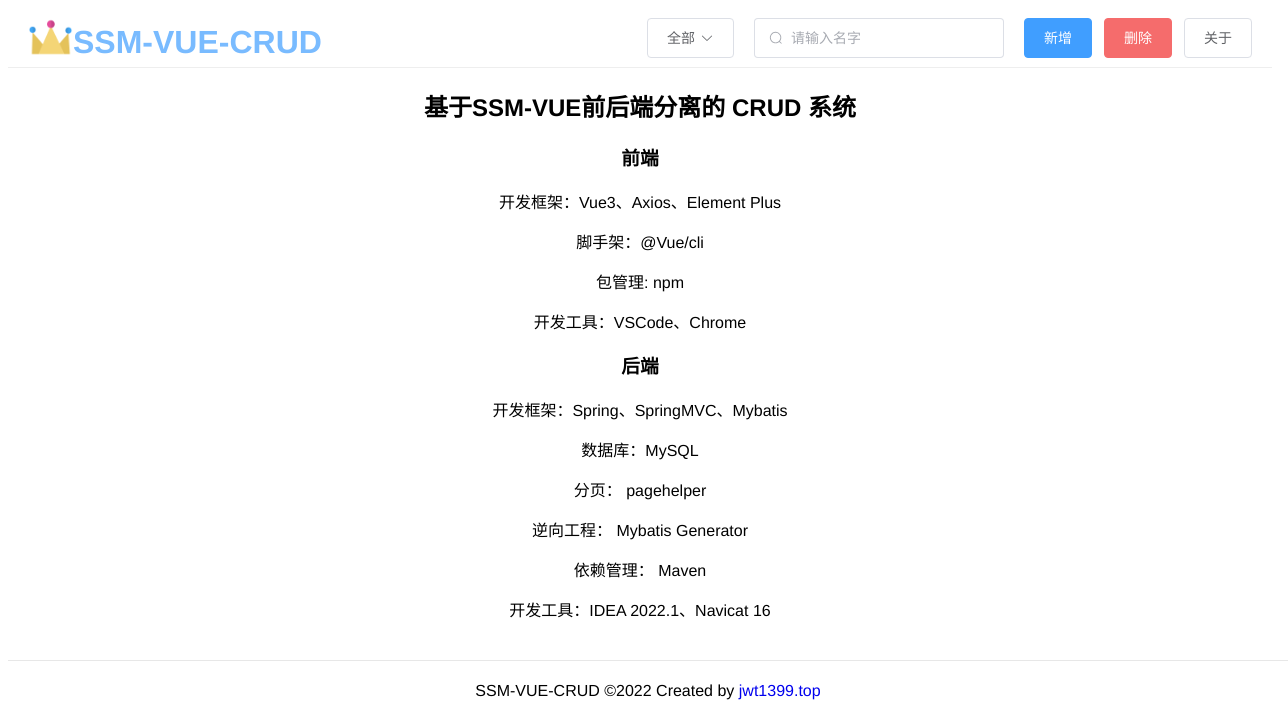
Repository: jwt1399/ssm-vue-crud
Page: /#/about (app in ssm-crud-front/)
The author's editor kept a copy of each file at every save. The page is drawn from the files as they stood at one save, then again after the next save.
The browser window is 1280 px wide. The page is 1288 px wide, so the pictures cover 1288 px, including what lies to the right of the window. The pictures show the whole page.
The project was rebuilt for these pictures with package versions that can differ from the ones it lists, and the page was loaded fresh each time. Also part of the build but not shown: ssm-crud-front/vue.config.js, ssm-crud-front/src/components/Form.vue, ssm-crud-front/src/views/CrudView.vue.

Above is the page before, as saved 2022-06-09 13:32:21.

After the next save:
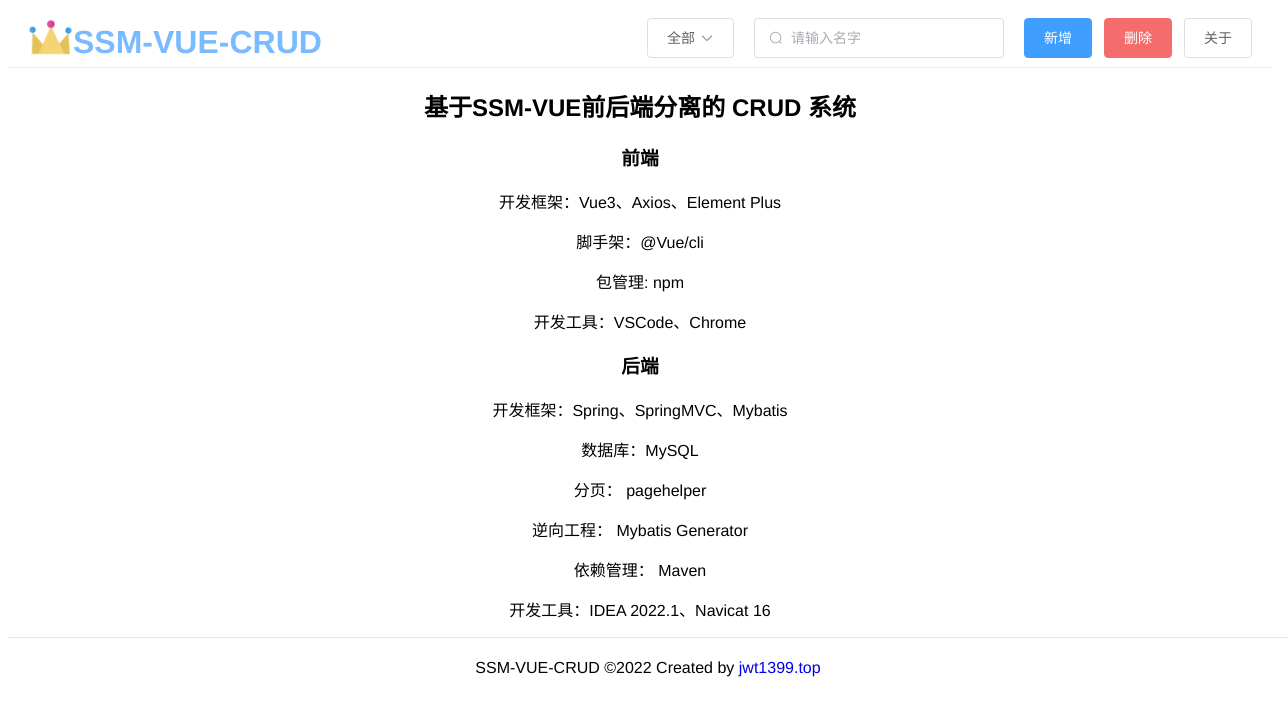
Saved 22 s later.
--- a/ssm-crud-front/src/components/Footer.vue
+++ b/ssm-crud-front/src/components/Footer.vue
@@ -16,7 +16,7 @@ export default{
 .footer {
     /* 固定在底部18-19 */
     position: absolute;
-    bottom: 0px;
+    /* bottom: 0px; */
     text-align: center;
     width: 100%;
     /* 垂直居中23-24 */
